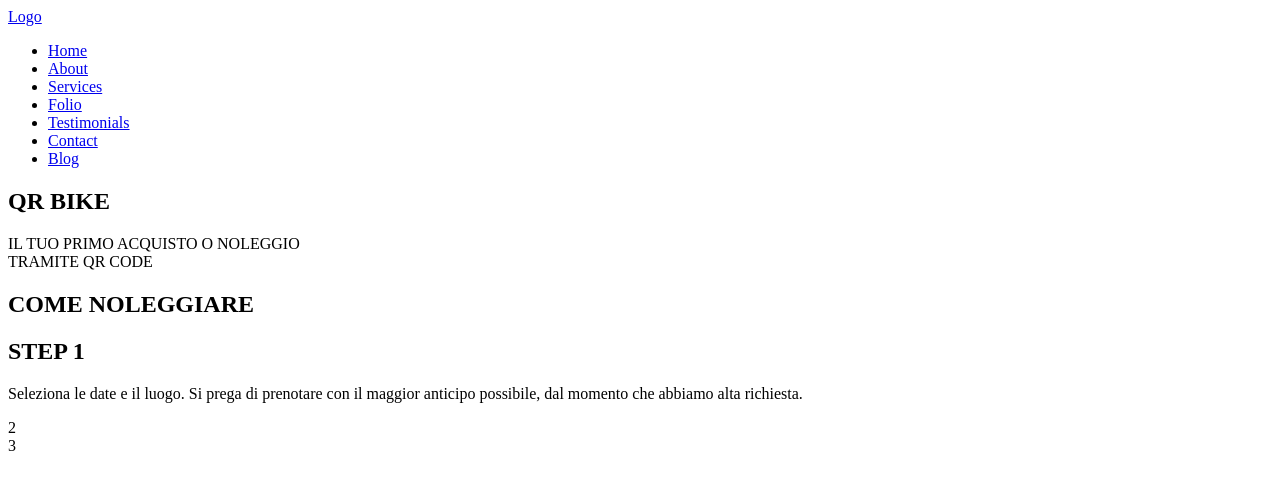
Repository: andrealepori/qrbike
Page: index.html
These files come from the project's save history. The page is drawn as it stood at one moment and after the next save; the edit follows.
The browser window is 1280 px wide. The pictures show the whole page.

Above is the page before, as saved 2020-09-16 16:40:11.

### index.html
<!DOCTYPE html>
<html lang="en">
<head>
    <meta charset="UTF-8">
    <meta name="viewport" content="width=device-width, initial-scale=1.0">
    <title>Home - QR BIKE</title>


	<link type="text/css" rel="stylesheet" href="css/style.css" />

</head>
<body>


  <header>
    <a href="#" id="logo">Logo</a>













    <ul class="nav navbar-nav navbar-right js-nav">
            <li><a href="#home">Home</a></li>

            <li><a href="#about">About</a></li>

            <li><a href="#services">Services</a></li>

            <li><a href="#folio">Folio</a></li>

            <li><a href="#testimonials">Testimonials</a></li>

            <li><a href="#contact">Contact</a></li>

            <li><a href="http://alexsblog.org" target="_blank">Blog</a></li>
          </ul>
        </div>
      </div>
    </nav>

  </header>

  <section id="hero1" class="hero">

    <div class="inner">
      <div class="copy">

      <h1 class="yellowtitle"> QR BIKE</h1>
      <p class="subtitle">IL TUO PRIMO ACQUISTO O NOLEGGIO <br> TRAMITE QR CODE</p>
      </div>
    </div>
  </section>





<section>

      <h1 class="titolo">COME NOLEGGIARE </h1>

    </div>
    </div>
  </section>



  <div class="support-grid"></div>

  <section class="grid-1">
    <div class="item-1">
      <h1 class="titoli"><bold>STEP 1</bold> </h1>


      <p class="nero">
        Seleziona le date e il luogo. Si prega di prenotare con il maggior anticipo possibile, dal momento che abbiamo alta richiesta. </p>
    </div>
    <div class="item-2">2</div>
    <div class="item-3">3</div>

  </section>






</body>
</html>

Loaded but not shown: style.css (no stored copy; drawn as an empty file)

After the next save:
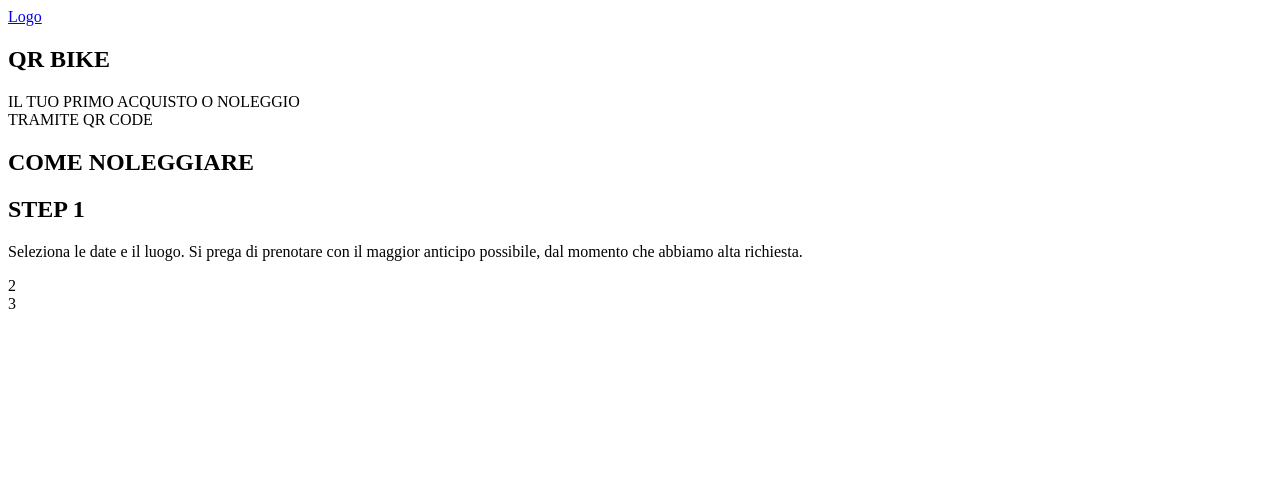
Saved 60 s later.
--- a/index.html
+++ b/index.html
@@ -27,24 +27,6 @@
 
 
 
-    <ul class="nav navbar-nav navbar-right js-nav">
-            <li><a href="#home">Home</a></li>
-
-            <li><a href="#about">About</a></li>
-
-            <li><a href="#services">Services</a></li>
-
-            <li><a href="#folio">Folio</a></li>
-
-            <li><a href="#testimonials">Testimonials</a></li>
-
-            <li><a href="#contact">Contact</a></li>
-
-            <li><a href="http://alexsblog.org" target="_blank">Blog</a></li>
-          </ul>
-        </div>
-      </div>
-    </nav>
 
   </header>
 
